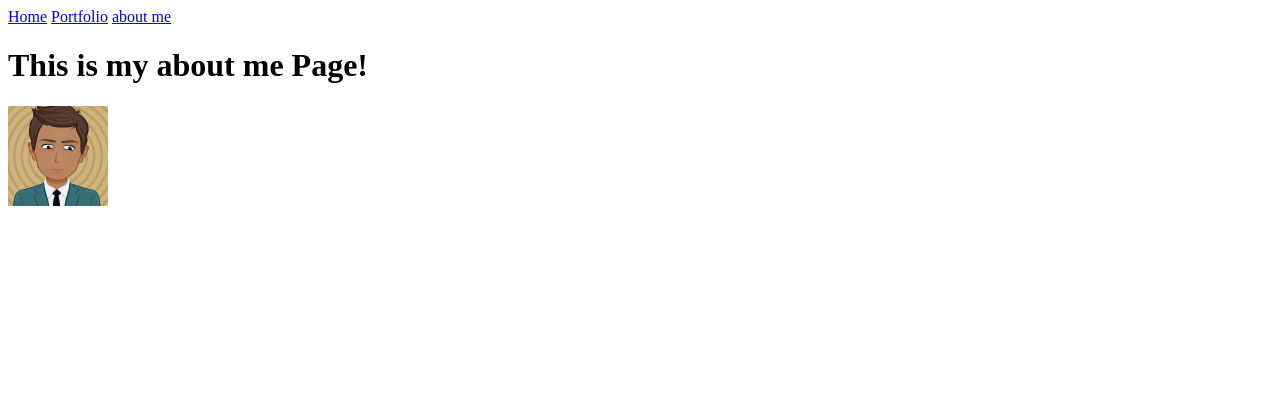
Repository: Dnoyola2031/dnoyola2031.github.io
Page: my_website/about me.html
The author's editor kept a record of every edit. The page is drawn from the files as they stood at one moment, then again after the next edit.
The browser window is 1280 px wide. The pictures show the whole page.

Above is the page before.

After the next edit:
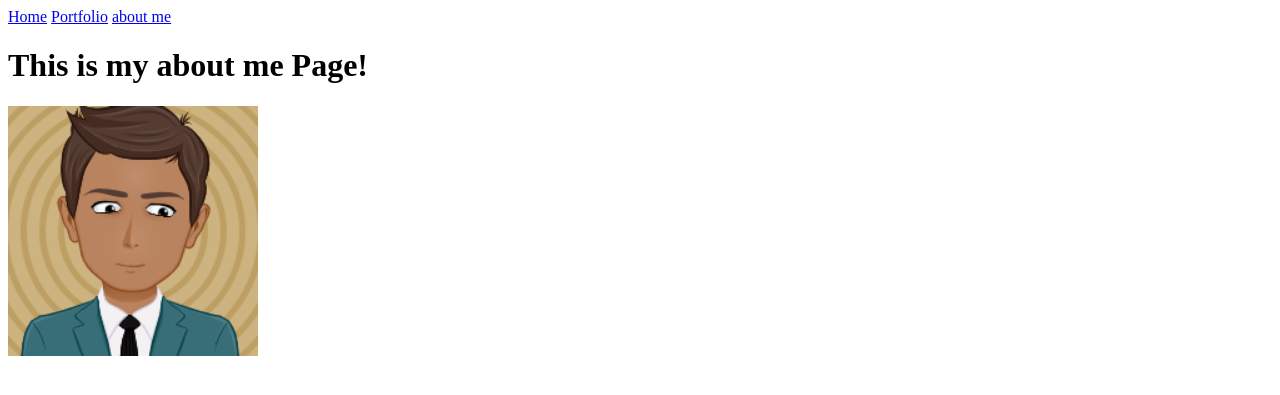
The edit:
--- a/my_website/about me.html
+++ b/my_website/about me.html
@@ -9,8 +9,6 @@
     <a href="portfolio.html">Portfolio</a>
     <a href="about me">about me</a>
     <h1>This is my about me Page!</h1>
-    <a target="_blank" href="https://scratch.mit.edu">
-      <img src="images/myAvatar.png" height="100">
-    </a>
+      <img src="images/myAvatar.png" height="250">
 	  </body>
 	</html>
